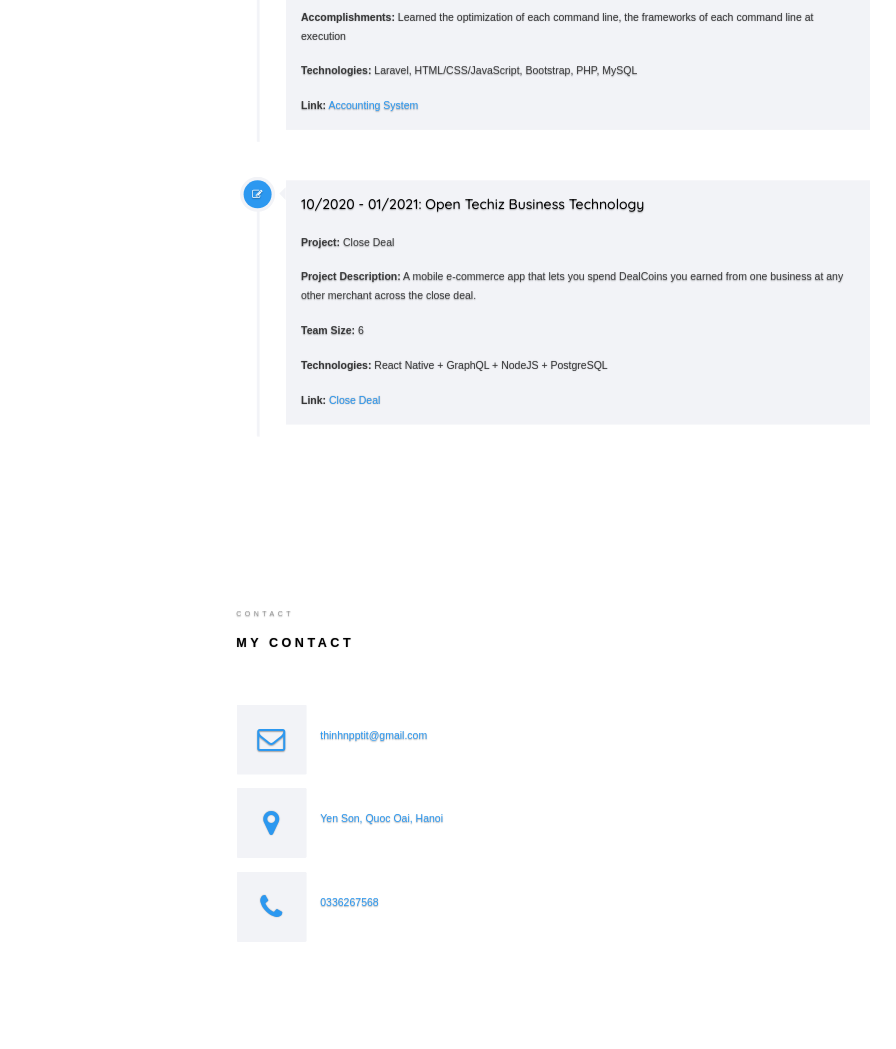
Repository: thinhnpptit/my-cv
Page: index.html
An editor plug-in stored every save of this project. The page is shown before and after the next save, followed by the edit.
The browser window is 1280 px wide. The pictures show the part of the page from y = 2752 to 4672 px (the page is 4251 px tall before and 4672 px after), at 70% of full size.
Some web fonts or font styles are not loaded; a fallback is used.

Above is the page before, as saved 2021-06-22 22:41:47.
Console error: TypeError: $(...).stick_in_parent is not a function

After the next save:
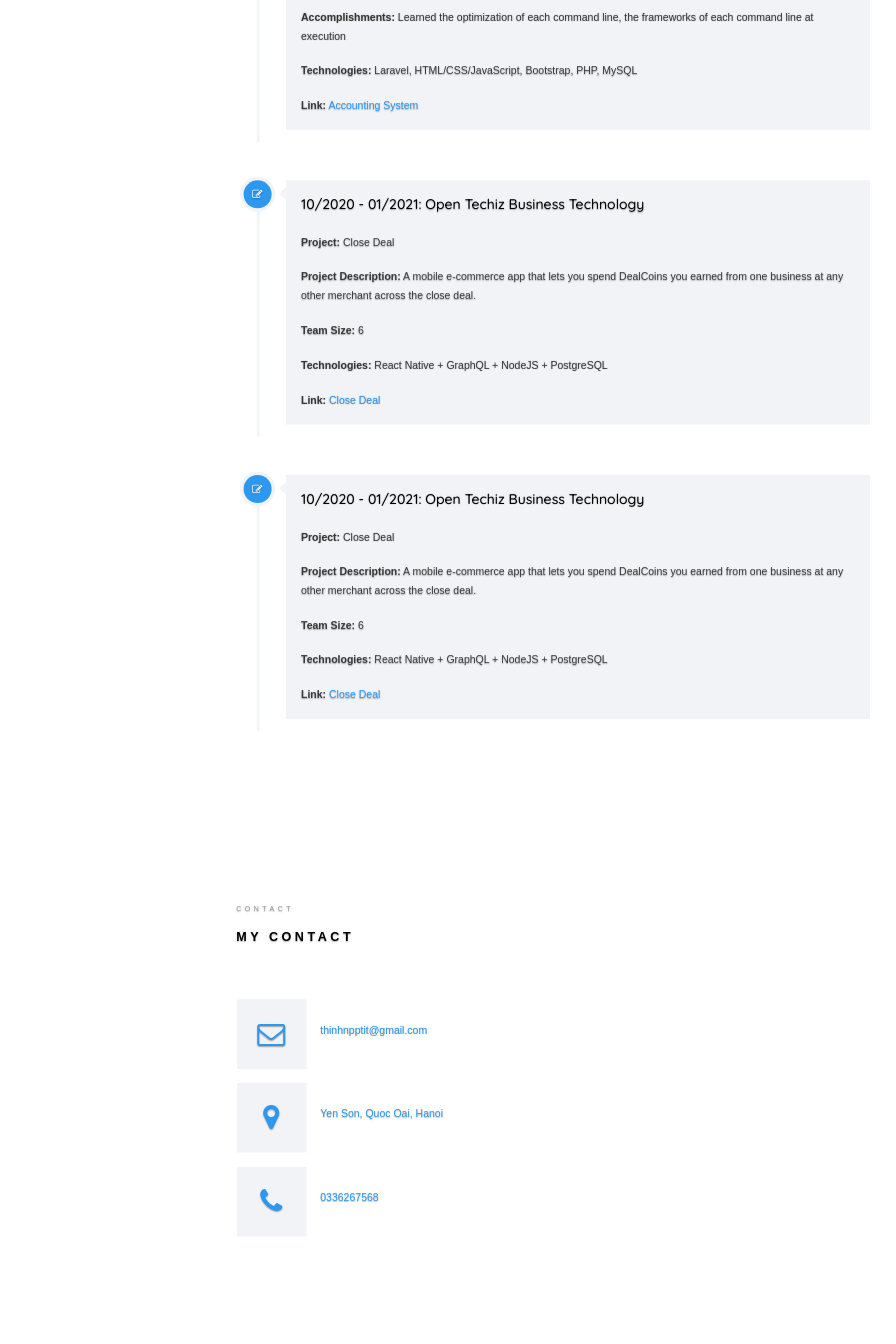
Saved 97 s later.
--- a/index.html
+++ b/index.html
@@ -326,6 +326,34 @@
 							</article>
 						 </div>
 					  </div>
+						<div class="col-md-12">
+							<div class="timeline-centered">
+								<article class="timeline-entry animate-box" data-animate-effect="fadeInLeft">
+									 <div class="timeline-entry-inner">
+										<div class="timeline-icon color-1">
+											<i class="fa fa-pencil-square-o" aria-hidden="true"></i>
+										</div>
+
+										<div class="timeline-label">
+											<h2><a href="#">10/2020 - 01/2021: Open Techiz Business Technology</a><span></span></h2>
+											<p><strong>Project:</strong> Close Deal</p>
+											<p><strong>Project Description:</strong> A mobile e-commerce app that lets you spend DealCoins you earned 	from one business at any other merchant across the close deal.</p>
+											<p><strong>Team Size:</strong> 6</p>
+											<!-- <p><strong>Accomplishments:</strong> Learned the optimization of each command line, the frameworks of each command line at execution</p> -->
+											<p><strong>Technologies:</strong> React Native + GraphQL + NodeJS + PostgreSQL</p>
+											<span><strong>Link:</strong></span><a href="https://closedeal.app"> Close Deal</a>
+											 <!-- <div class="text-center">
+												 <a name="" id="" class="btn btn-primary" href="#" role="button">View Page</a>
+											 </div> -->
+											 <div class="list-img text-center">
+												 <!-- Image -->
+											 </div>
+										</div>
+										<br>
+									 </div>
+								</article>
+							 </div>
+							</div>
 				   </div>
 				</div>
 			</section>
